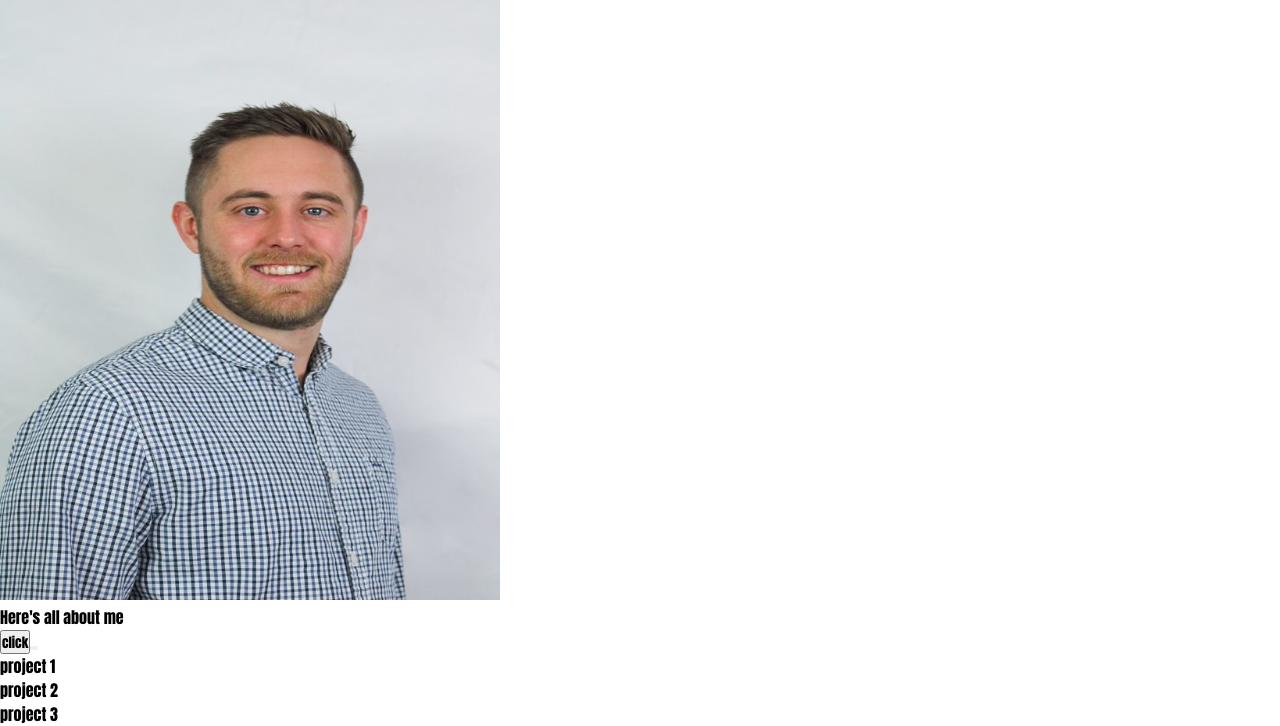
Repository: Kobramall/portfolio-project
Page: /portfolio
These files come from the project's save history. The page is drawn as it stood at one moment and after a run of saves; the edit follows.
The browser window is 1280 px wide. The pictures show the whole page.
The project was rebuilt for these pictures with package versions that can differ from the ones it lists, and the page was loaded fresh each time. Also part of the build but not shown: src/App.css, src/componets/Main.jsx. Imported but missing from the stored project, and not drawn on this page: src/assets/Landscape.mov.

Above is the page before, as saved 2022-11-01 15:04:03.

### src/index.css
*{
  margin:0;
  padding: 0;
  font-family: Impact, Haettenschweiler, 'Arial Narrow Bold', sans-serif;
}


.main{
  width: 100%;
  height: 100%;
}

video{
  width: 100%;
  height: 100%;
  object-fit: cover;
}

.content{
  position: absolute;
  width: 100%;
  height: 100%;
  top:0;
  display: flex;
  flex-direction: column;
  justify-content: center;
  align-items: center;
  color: azure;
  font-size: 6px;
}
.content button{
  color:azure;
  background-color: #fff;
  background-color: rgba(255, 255, 255, 0.5);
  font-size: 7px;
  border-color: transparent;
}

.content button:hover{
  background-color: lightblue;
}

.overlay{
  position: absolute;
  top: 0;
  left: 0;
  width: 100%;
  height: 100%;
}

### src/App.js
import './App.css';
import Main from './componets/Main'
import Portfolio from './componets/Portfolio';
import {BrowserRouter as Router, Routes, Route } from "react-router-dom";

function App() {
  return (
    <Router>
      <Routes>
        <Route path="/" element={<Main />} />
        <Route path="/portfolio" element={<Portfolio />} />
       </Routes>
    </Router>
  )
}

export default App;

### src/componets/Portfolio.jsx
import React from'react'
import Img from '../assets/IMG-3147.jpg'


const Portfolio = () =>{
    return(
        <div className='portfolio'>
            <div className='intro'>
               <img src={Img} alt="Profile Picture" width="500" height="600"/>
               <p>Here's all about me</p>
            </div>
            <div className='projectLinks'>
                    <button>click<link rel="stylesheet" href="" /></button>
                    <button><link rel="stylesheet" href="" /></button>
                    <button><link rel="stylesheet" href="" /></button>
            </div>
            <div className='projectDes'>
                   <p>project 1</p>
                   <p>project 2</p>
                   <p>project 3</p>
            </div>
            <footer>

            </footer>
        </div>
    )
}

export default Portfolio

Loaded but not shown: public/index.html (common file); src/index.js (common file); src/reportWebVitals.js (common file)

After the next 2 saves:
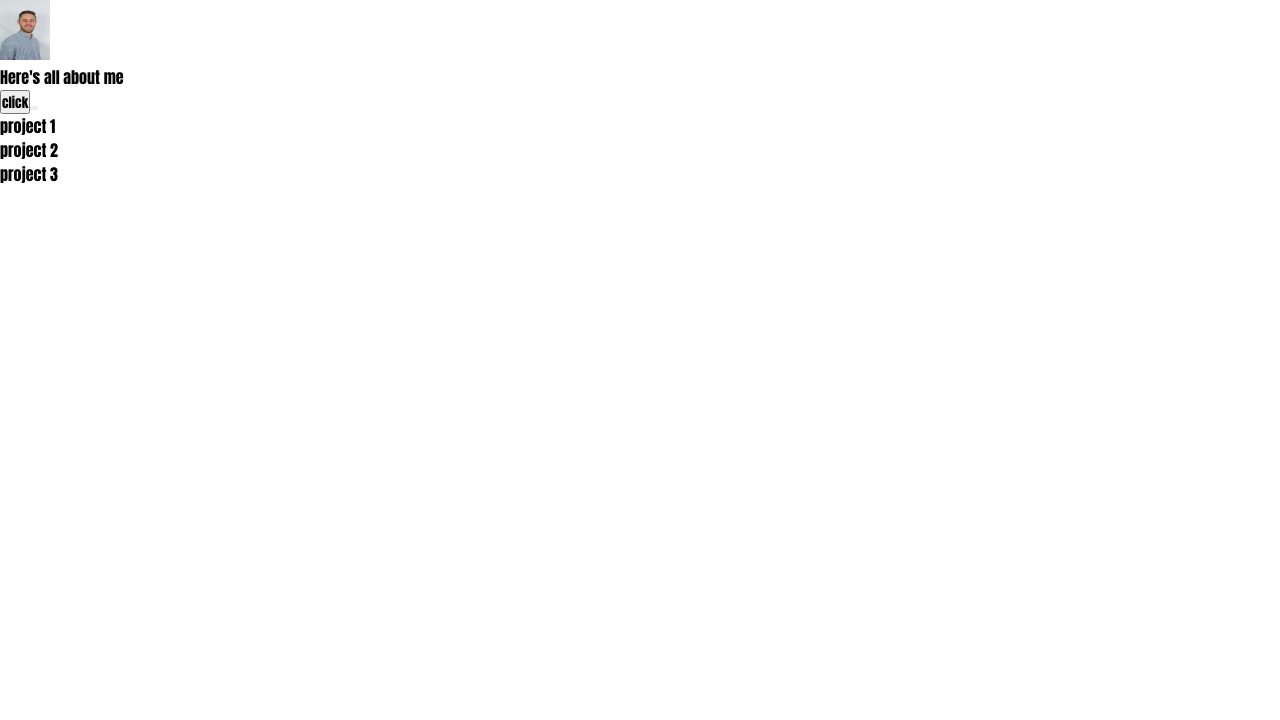
The 2 saves are shown as one change because they came seconds apart.
The last was saved 13 s later.
--- a/src/componets/Portfolio.jsx
+++ b/src/componets/Portfolio.jsx
@@ -6,7 +6,7 @@ const Portfolio = () =>{
     return(
         <div className='portfolio'>
             <div className='intro'>
-               <img src={Img} alt="Profile Picture" width="500" height="600"/>
+               <img src={Img} alt="Profile Picture" width="50" height="60"/>
                <p>Here's all about me</p>
             </div>
             <div className='projectLinks'>
